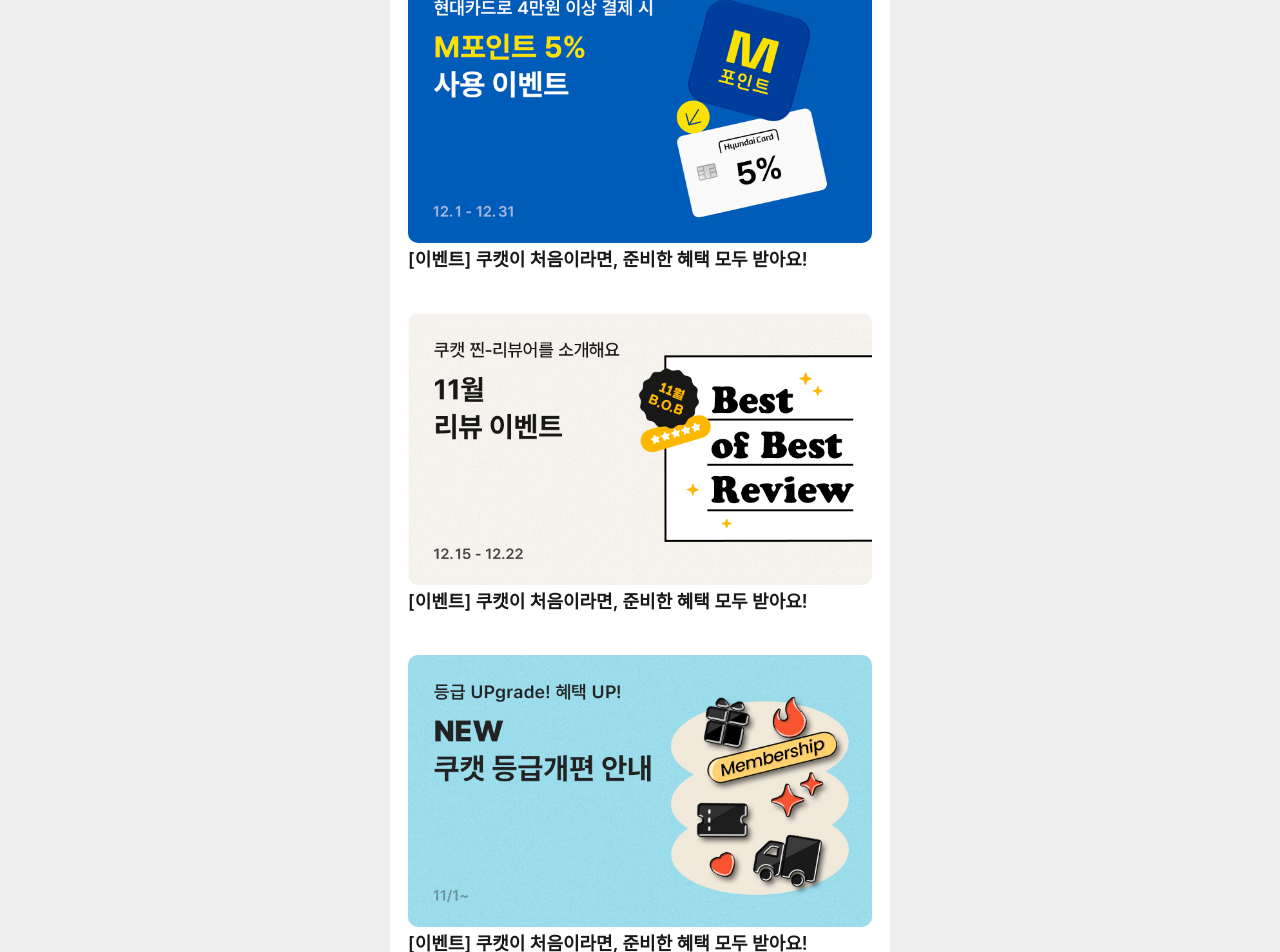
Repository: CooKat/Cookat
Page: event.html
These files come from the project's save history. The page is drawn as it stood at one moment and after the next save; the edit follows.
The browser window is 1280 px wide. The pictures show the part of the page from y = 1257 to 2209 px (the page is 3103 px tall).
A picture or video elsewhere on the page could not be fetched, so the positions and the page height are approximate. Some web fonts or font styles are not loaded; a fallback is used.

Above is the page before, as saved 2022-12-27 21:12:44.
Not found: js/ex1.js

### event.html
<!DOCTYPE html>
<html lang="ko-KR">
  <head>
    <meta charset="UTF-8" />
    <meta http-equiv="X-UA-Compatible" content="IE=edge" />
    <meta name="viewport" content="width=device-width, initial-scale=1.0" />
    <link rel="shortcut icon" type="image/x-icon" href="./images/1.png" />
    <link
      rel="stylesheet"
      as="style"
      crossorigin
      href="https://cdn.jsdelivr.net/gh/orioncactus/pretendard@v1.3.6/dist/web/static/pretendard.css"
    />
    <link
      href="https://cdn.jsdelivr.net/npm/remixicon@2.5.0/fonts/remixicon.css"
      rel="stylesheet"
    />
    <link rel="stylesheet" href="https://cdn.jsdelivr.net/npm/swiper/swiper-bundle.min.css" />
    <link rel="stylesheet" href="./css/main.css" />
    <link rel="stylesheet" href="./css/event.css" />
    <title>쿠캣</title>
  </head>
  <body>
    <div class="container">

      <!-- 상단 메뉴바 -->
      <header class="header">
        <a href="/" class="logo"><img src="./images/logo-main.svg" alt="쿠캣마켓" /></a>
        <div class="menu swiper">
          <ul class="swiper-wrapper" role="menubar" aria-hidden="false">
            <li role="none" class="swiper-slide">
              <a role="menuitem" href="/">쿠캣추천</a>
            </li>
            <li class="swiper-slide" role="none"><a role="menuitem" href="/">10% 할인</a></li>
            <li class="swiper-slide" role="none">
              <a role="menuitem" href="./best.html">베스트</a>
            </li>
            <li class="swiper-slide" role="none"><a role="menuitem" href="/">신상품</a></li>
            <li class="swiper-slide" role="none">
              <a role="menuitem" href="./specialPrice.html">특가</a>
            </li>
            <li class="swiper-slide  active" role="none"><a role="menuitem" href="/">이벤트</a></li>
          </ul>
        </div>
        <button type="button" class="search">
          <img src="./images/ic-24-finder.svg" alt="검색 아이콘" />
        </button>
      </header>

      <main class="main">
        <section class="event">
          <!-- 진행중(6) 당첨자 발표 -->
          <div class="event-ing">
            <h2 class="event-ing-title">진행중(6)</h2>
            <p>당첨자 발표</p>
          </div>

          <!-- 행사 아이템들 -->
          <div class="item-list">
            <div class="item-list-item">
              <img src="./images/event1.jpg">
              <h2 class="item-list-title title-first">[기획전] 2022 연말 결산 어워즈 ~ 무료배송 해택</h2>
              <div class="coupon-day">
                <svg xmlns="http://www.w3.org/2000/svg" width="54" height="22" viewBox="0 0 54 22">
                  <g fill="none" fill-rule="evenodd">
                      <path fill="#F56B1D" d="M54 9.428V6.353c-.944 0-1.458-.771-1.458-1.639S53.195 3.143 54 3.143V0H0v3.143c.806 0 1.459.703 1.459 1.571S.806 6.286 0 6.286v3.142c.806 0 1.459.704 1.459 1.572 0 .868-.653 1.572-1.459 1.572v3.142c.806 0 1.459.704 1.459 1.572 0 .868-.653 1.571-1.459 1.571V22h54v-2.924c-.996 0-1.458-.77-1.458-1.639 0-.868.653-1.723 1.458-1.723v-3.051c-1.021 0-1.458-.795-1.458-1.663S53.195 9.428 54 9.428z"/>
                      <path fill="#FFF" fill-rule="nonzero" d="M13.195 7.652V6.563H10.94v-.825H9.477v.825H7.222v1.089h5.973zm2.013 3.63V9.148h1.342V7.96h-1.342V5.804h-1.452v5.478h1.452zm-4.994-.077c.374 0 .715-.039 1.023-.116.308-.077.57-.187.787-.33.216-.143.383-.315.5-.517.117-.201.176-.43.176-.687 0-.257-.059-.488-.176-.693-.117-.205-.284-.38-.5-.523-.217-.143-.479-.253-.787-.33-.308-.077-.649-.115-1.023-.115-.374 0-.713.038-1.018.115-.304.077-.566.188-.786.33-.22.143-.389.318-.506.523-.117.205-.176.436-.176.693 0 .257.059.486.176.688.117.201.286.373.506.516.22.143.482.253.787.33.304.077.643.116 1.017.116zm0-1.023c-.337 0-.605-.051-.803-.154-.198-.103-.297-.26-.297-.473 0-.213.099-.372.297-.479.198-.106.466-.159.803-.159s.605.053.803.16c.198.106.297.265.297.478 0 .213-.099.37-.297.473-.198.103-.466.154-.803.154zm5.28 5.687v-1.056H9.972v-.561h5.236v-2.574H8.52v1.056h5.258v.528H8.531v2.607h6.963zm10.274-2.772V5.826h-1.463v7.271h1.463zm-5.511-1.496c.389 0 .75-.064 1.083-.193.334-.128.626-.306.875-.533.25-.227.444-.499.583-.814.14-.315.209-.656.209-1.023 0-.374-.07-.719-.209-1.034-.14-.315-.334-.587-.583-.814-.25-.227-.54-.405-.875-.534-.333-.128-.694-.192-1.083-.192s-.752.064-1.089.192c-.337.129-.629.307-.874.534-.246.227-.44.499-.584.814-.143.315-.214.66-.214 1.034 0 .367.072.708.215 1.023.143.315.337.587.583.814.245.227.537.405.874.534.337.128.7.192 1.089.192zm0-1.254c-.374 0-.691-.115-.952-.346-.26-.231-.39-.552-.39-.963 0-.418.13-.742.39-.973.26-.231.578-.347.952-.347.381 0 .698.115.951.347.254.23.38.555.38.973 0 .41-.127.732-.38.963-.252.23-.57.346-.951.346zm5.764 5.423v-1.155h-5.544v-2.233h-1.452v3.388h6.996zm6.754.154v-3.586h3.861v-1.177h-1.342c.169-.821.268-1.542.297-2.162.03-.62.044-1.19.044-1.71v-.913H28.54v1.155h5.698v.506c0 .169-.007.345-.022.528l-6.006.187.165 1.232 5.742-.297c-.03.227-.064.464-.104.71-.04.245-.09.5-.149.764h-6.38v1.177h3.839v3.586h1.452zm13.97-3.663v-1.155h-3.861v-.913h2.97V9.049h-1.21V7.344h1.287V6.189h-7.535v1.155h1.287v1.705h-1.221v1.144h2.97v.913h-3.839v1.155h9.152zm-3.542-3.212h-2.079V7.344h2.079v1.705zm2.519 6.721v-1.155h-5.566V12.91h-1.452v2.86h7.018z"/>
                  </g>
                </svg>
                <span class="coupon-date">D-6</span>
              </div>

            </div>
          </div>

          <div class="item-list">
            <div class="item-list-item">
              <img src="./images/event2.jpg">
              <h2 class="item-list-title">[이벤트] 쿠캣이 처음이라면, 준비한 혜택 모두 받아요!</h2>
            </div>
          </div>

          <div class="item-list">
            <div class="item-list-item">
              <img src="./images/event3.jpg">
              <h2 class="item-list-title">[이벤트] 카카오톡 채널 추가 3천원 쿠폰 Get!</h2>
            </div>
          </div>

          <div class="item-list">
            <div class="item-list-item">
              <img src="./images/event4.jpg">
              <h2 class="item-list-title">[이벤트] 쿠캣이 처음이라면, 준비한 혜택 모두 받아요!</h2>
            </div>
          </div>

          <div class="item-list">
            <div class="item-list-item">
              <img src="./images/event5.jpg">
              <h2 class="item-list-title">[이벤트] 쿠캣이 처음이라면, 준비한 혜택 모두 받아요!</h2>
            </div>
          </div>

          <div class="item-list">
            <div class="item-list-item">
              <img src="./images/event6.jpg">
              <h2 class="item-list-title">[이벤트] 쿠캣이 처음이라면, 준비한 혜택 모두 받아요!</h2>
            </div>
          </div>

        </section>

      </main>

      <!-- footer -->
      <footer class="footer">
        <div class="center-info-container">
          <h2 class="center-info">쿠캣 고객센터</h2>
          <span class="time-info"
            >평일 <time>10:00</time> ~ <time>18:00</time> (점심시간 <time>13:00</time> ~
            <time>14:00</time>)</span
          >

          <a href="tel:1668-3525" class="center-contact"> 고객센터</a>
        </div>
        <div class="business-info-container">
          <div class="business-info-title-container">
            <h2 class="business-info">(주) 쿠캣 사업자 정보</h2>
            <button class="business-info-toggle-btn">
              <img
                alt="addit-toggle-img"
                src="	https://crcf.cookatmarket.com/assets/mobile/img/using_guide/ic-16-close-bold.svg"
              />
            </button>
          </div>

          <ul class="business-info-list">
            <li class="business-info-item">
              <label for="representative">대표자</label><span id="representative">이문주</span>
            </li>
            <li class="business-info-item">
              <label for="address">주소</label>
              <address id="address">
                서울특별시 강남구 영동대로112길 36, 3층, 지하 1층 (삼성동, 오티씨타워)
              </address>
            </li>
            <li class="business-info-item">
              <label
                for="
              business-number"
                >사업자등록번호</label
              ><span id=" business-number">
                110-86-12995
                <a class="business-info-check" href="/">사업자정보 확인</a></span
              >
            </li>
            <li class="business-info-item">
              <label for="mail-order-number">통신판매업 신고번호</label
              ><span
                id="
              mail-order-number"
                >2018-서울강남-01681</span
              >
            </li>
            <li class="business-info-item">
              <div class="center-info-flexcontent-container">
                <label
                  for="
              service-center"
                  >고객센터</label
                >
                <div class="center-info-content-container">
                  <a
                    id="service-center"
                    href="tel:1668-3525
              "
                    >1668-3525
                  </a>
                  <span id="service-center"
                    >평일 <time>10:00</time> ~ <time>18:00</time> (점심시간 <time>13:00</time> ~
                    <time>14:00</time>) 주말 <time>10:00</time> ~ <time>13:00</time></span
                  >
                </div>
              </div>
            </li>
            <li class="business-info-item">
              <label for="marketing-email">마케팅 제휴문의</label
              ><span id="marketing-email">marketing@cookat.co</span>
            </li>
            <li class="business-info-item">
              <label
                for="
              goods-email"
                >상품 제휴문의</label
              ><span id=" goods-email">
                <span>product@cookat.co<br /></span
              ></span>
            </li>
            <li class="business-info-item">
              <label for="person-in-charge">개인정보보호 책임자</label
              ><span id="person-in-charge"> 주지석 (jiseok.joo@cookat.co)</span>
            </li>
          </ul>

          <small class="copyright"> Copyright © 쿠캣. All rights reserved.</small>
          <ul class="more-details-list">
            <li><a class="more-details" href="/">이용약관</a></li>
            <li>
              <a class="more-details" id="qkdcla" href="/">개인정보 처리방침</a>
            </li>
            <li><a class="more-details" href="/">공지사항</a></li>
          </ul>
        </div>

        <div class="additional-container">
          <a href="/">로그인</a>
          <a id="app-down" href="/"> APP다운</a>
        </div>
      </footer>

      <!-- 하단바 -->
      <nav class="fix-footer-menu">
        <ul>
          <li class="my-home on"><a href="/">홈</a></li>
          <li class="my-video"><a href="/">영상장보기</a></li>
          <li class="my-menu"><a href="/">카테고리</a></li>
          <li class="my-cart"><a href="/">카트</a></li>
          <li class="my-cookat"><a href="/">마이쿠캣</a></li>
        </ul>
      </nav>
    </div>

    <!-- Swiper JS -->
    <script src="https://cdn.jsdelivr.net/npm/swiper/swiper-bundle.min.js"></script>
    <!-- Initialize Swiper -->
    <script src="./js/ex1.js"></script>
    <script>
      var menu = new Swiper('.menu.swiper', {
        slidesPerView: 'auto',
        freeMode: true,
      });
    </script>
  </body>
</html>

### css/event.css
main{
  padding: 0 18px;
}
.event{

}

.event-ing{
  display: flex;
  flex-flow: row nowrap;
  justify-content: space-between;
  align-items: center;
  margin-top: var(--spacing-xxl);
  margin-bottom: var(--spacing-md);
}

.event-ing-title{
  font-size: var(--text-xl);
  line-height: var(--text-xxl);
  color: var(--color-black);
  font-weight: 700;
}

.event-ing p{
  color: #ff5833;
  font-size: var(--text-sm);
}
.event-ing p::after{
  content: '';
  color: #ff5833;
  margin-left: var(--spacing-xxs);
  padding-left: var(--spacing-md);
  background: url(../images/ic-16-next-fit.svg) no-repeat center/6px;
}

.item-list{

}

.item-list-item{

}

.item-list-item img{
  border-radius: 10px;
}

.item-list-title{
  font-size: var(--text-lg);
  line-height: var(--text-xxl);
  font-weight: 600;
  margin-bottom: var(--spacing-xxxl);
}

.title-first{
  margin-bottom: 0;
}

.item-list-title h2:first-child{
  margin-bottom: 0;
}

.coupon-day{
  margin-top:var(--spacing-xxs);
  display: flex;
  flex-flow: row nowrap;
  margin-bottom: var(--spacing-xxxl);
}

.item-list-item svg{
  margin-left: var(--spacing-xxs);
}
.coupon-date{
  color: #ff5833;
  line-height: var(--text-xl);
  font-size: var(--text-xs);
  align-items: center;
  font-weight: 700;
  padding-left: var(--spacing-sm);
}

### css/theme.css
:root {
  /* 수식 단축키 art+shift+M */
  --color-white: #ffffff;
  --color-blank: #f9f9f9;
  --color-cement: #9d9995;
  --color-placeholder: #bbb8b5;
  --color-deep-orange: #eb5500;
  --color-border: #e9e8e2;
  --color-success: #579bdb;
  --color-black: #46434f;
  --color-gray: #9d999d;
  --color-greyish-brown: #5b5752;

  --spacing-sxxs: 0.125rem; /* 2px */
  --spacing-xxs: 0.25rem; /* 4px */
  --spacing-xs: 0.5rem; /* 8px */
  --spacing-sm: 0.625rem; /* 10px */
  --spacing-xm: 0.75rem; /* 12px */
  --spacing-md: 0.875rem; /* 14px */
  --spacing-m: 0.937rem; /* 15px */
  --spacing-base: 1rem; /* 16px */
  --spacing-lg: 1.125rem; /* 18px */
  --spacing-l: 1.25rem; /* 20px */
  --spacing-xl: 1.5rem; /* 24px */
  --spacing-xxl: 2rem; /* 32px */
  --spacing-xxxl: 2.5rem; /* 40px */

  --text-sxxs: 0.6875rem; /* 11px */
  --text-xxs: 0.75rem; /* 12px */
  --text-xs: 0.8125rem; /* 13px */
  --text-sm: 0.875rem; /* 14px */
  --text-md: 0.9375rem; /* 15px */
  --text-base: 1rem; /* 16px */
  --text-lg: 1.125rem; /* 18px */
  --text-xl: 1.375rem; /* 22px */
  --text-xxl: 1.625rem; /* 26px */

  --swiper-navigation-size: 1.125rem; /* 18px */

  --max-width: 31.25rem; /* 500px */
}

Loaded but not shown: css/normalize.css (library); css/reset.css (common file); css/main.css (887 lines, source omitted)

After the next save:
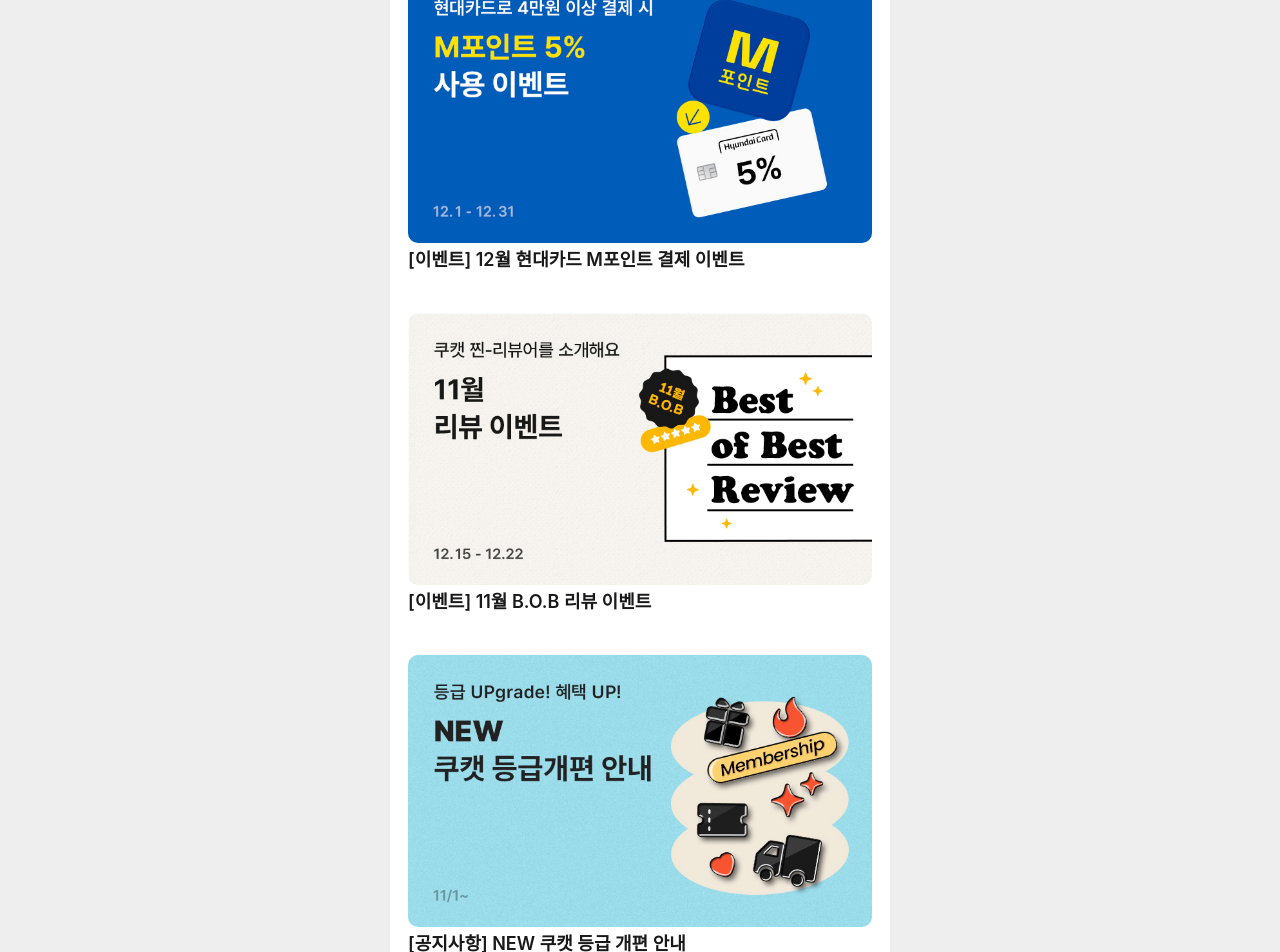
Saved 43 s later.
--- a/event.html
+++ b/event.html
@@ -90,21 +90,21 @@
           <div class="item-list">
             <div class="item-list-item">
               <img src="./images/event4.jpg">
-              <h2 class="item-list-title">[이벤트] 쿠캣이 처음이라면, 준비한 혜택 모두 받아요!</h2>
+              <h2 class="item-list-title">[이벤트] 12월 현대카드 M포인트 결제 이벤트</h2>
             </div>
           </div>
 
           <div class="item-list">
             <div class="item-list-item">
               <img src="./images/event5.jpg">
-              <h2 class="item-list-title">[이벤트] 쿠캣이 처음이라면, 준비한 혜택 모두 받아요!</h2>
+              <h2 class="item-list-title">[이벤트] 11월 B.O.B 리뷰 이벤트</h2>
             </div>
           </div>
 
           <div class="item-list">
             <div class="item-list-item">
               <img src="./images/event6.jpg">
-              <h2 class="item-list-title">[이벤트] 쿠캣이 처음이라면, 준비한 혜택 모두 받아요!</h2>
+              <h2 class="item-list-title">[공지사항] NEW 쿠캣 등급 개편 안내</h2>
             </div>
           </div>
 
